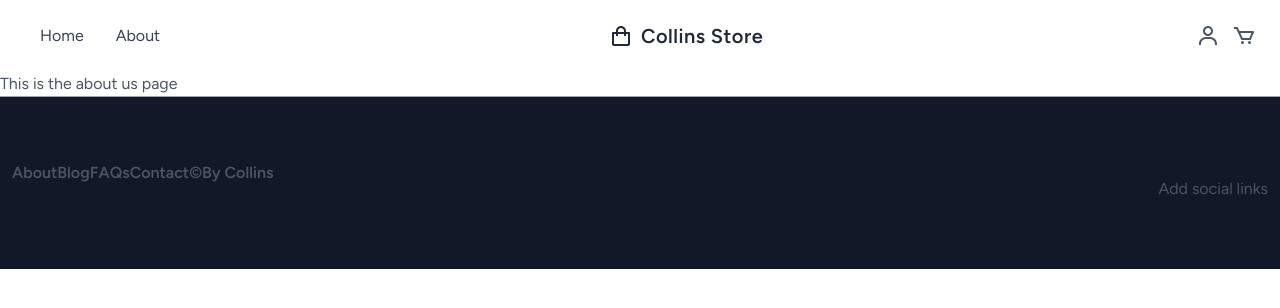
Repository: Collins145/e-commerce-website
Page: http://localhost/about
The author's editor kept a copy of each file at every save. The page is drawn from the files as they stood at one save, then again after the next save.
The browser window is 1280 px wide. The pictures show the whole page.
The page is served by the project's Laravel application, run on PHP 8.4 with Laravel 10. Style sheets and scripts are compiled from the project's sources, by tool versions that may differ from the author's.

Above is the page before, as saved 2023-06-17 14:21:28.

After the next save:
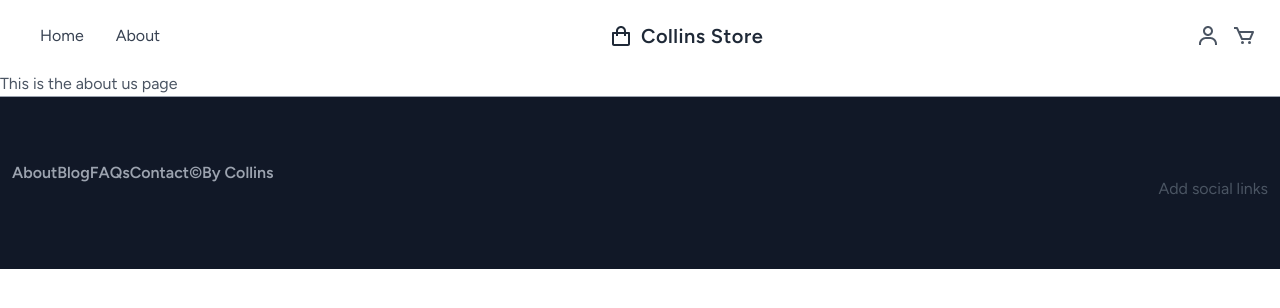
Saved 13 s later.
--- a/resources/views/components/site/footer.blade.php
+++ b/resources/views/components/site/footer.blade.php
@@ -3,11 +3,11 @@
             <div class="w-full mx-auto flex flex-wrap">
                 <div class="flex w-full lg:w-1/2 ">
                     <div class="flex justify-around px-3 md:px-0">
-                        <h3 class="font-bold text-gray-600">About</h3>
-                        <h3 class="font-bold text-gray-600">Blog</h3>
-                        <h3 class="font-bold text-gray-600">FAQs</h3>
-                        <h3 class="font-bold text-gray-600">Contact</h3>
-                        <h3 class="font-bold text-gray-600"><span>&copy<span>By Collins</h3>
+                        <h3 class="font-bold text-gray-400">About</h3>
+                        <h3 class="font-bold text-gray-400">Blog</h3>
+                        <h3 class="font-bold text-gray-400">FAQs</h3>
+                        <h3 class="font-bold text-gray-400">Contact</h3>
+                        <h3 class="font-bold text-gray-400"><span>&copy<span>By Collins</h3>
                     </div>
                 </div>
                 <div class="flex w-full lg:w-1/2 lg:justify-end lg:text-right">
